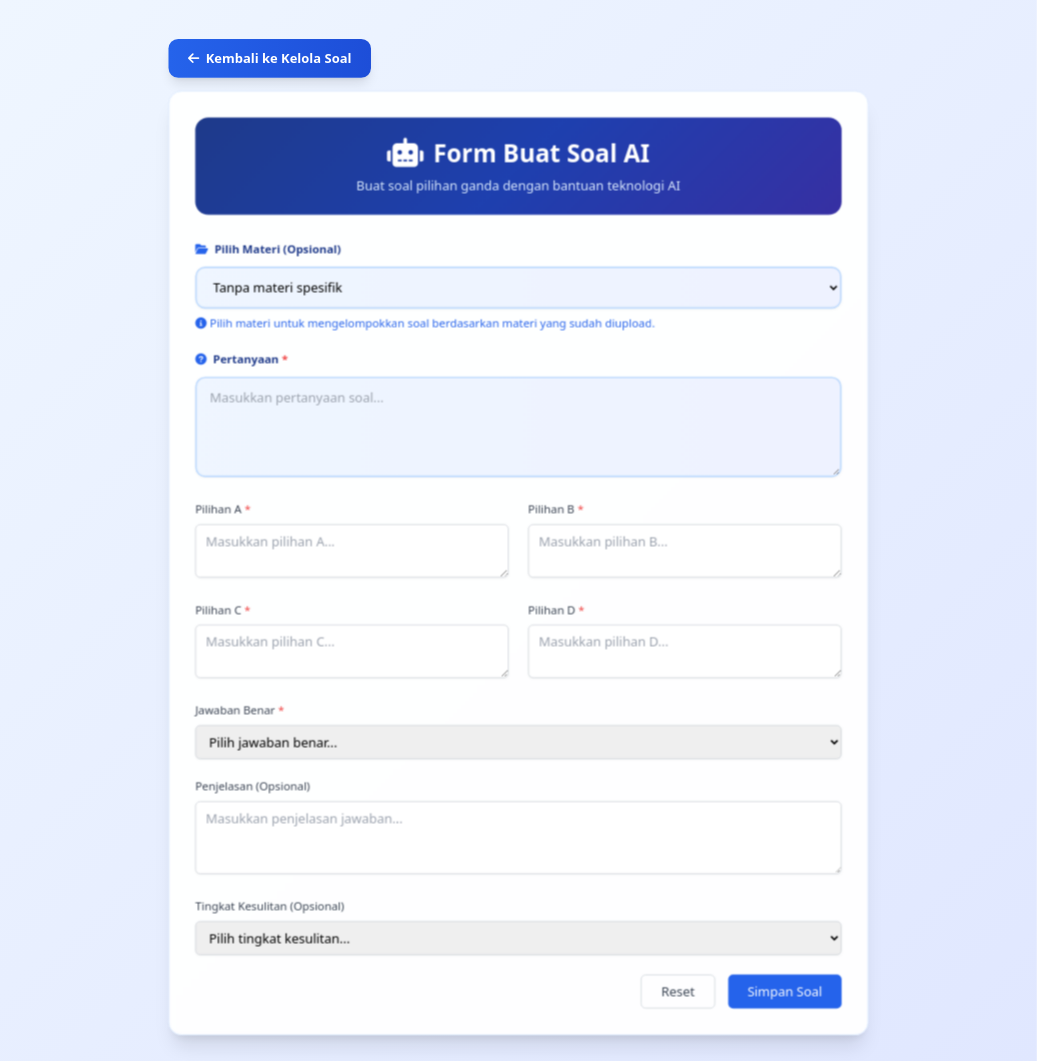
Repository: Autofat/LMS-MOOC
Page: http://localhost/questions/create
An editor plug-in stored every save of this project. The page is shown before and after the next save, followed by the edit.
The browser window is 1280 px wide. The pictures show the whole page, at 81% of full size.
Some web libraries are served in a nearby version. The page is served by the project's Laravel application, run on PHP 8.4 with Laravel 12. A made-up administrator, Test User (test@example.com), is signed in. Queries for data that is not in the repository find no rows.

Above is the page before, as saved 2025-08-01 13:15:25.
Console error: TypeError: Cannot set properties of null (setting 'textContent')

After the next save:
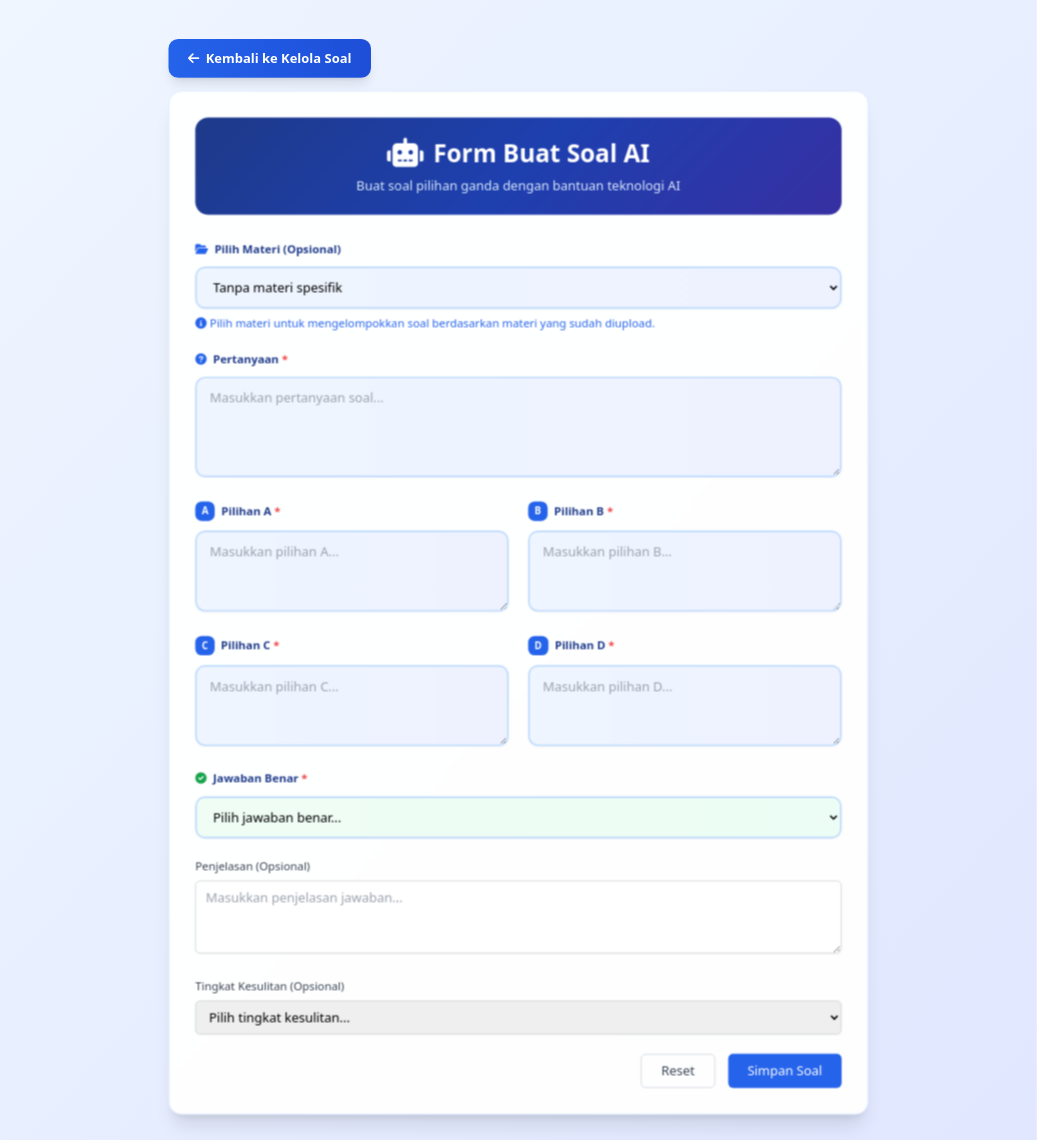
Saved 48 s later.
--- a/resources/views/form.blade.php
+++ b/resources/views/form.blade.php
@@ -107,52 +107,57 @@
                 <div class="grid md:grid-cols-2 gap-6">
                     <!-- Option A -->
                     <div>
-                        <label for="option_a" class="block text-sm font-medium text-gray-700 mb-2">
-                            Pilihan A <span class="text-red-500">*</span>
-                        </label>
-                        <textarea id="option_a" name="option_a" rows="2"
-                            class="w-full px-3 py-2 border border-gray-300 rounded-md shadow-sm focus:outline-none focus:ring-2 focus:ring-blue-500 focus:border-transparent"
+                        <label for="option_a" class="block text-sm font-semibold text-blue-900 mb-3 flex items-center space-x-2">
+                            <span class="bg-blue-600 text-white px-2 py-1 rounded-lg text-xs font-bold">A</span>
+                            <span>Pilihan A <span class="text-red-500">*</span></span>
+                        </label>
+                        <textarea id="option_a" name="option_a" rows="3"
+                            class="w-full px-4 py-3 border-2 border-blue-200 rounded-xl shadow-sm focus:outline-none focus:ring-2 focus:ring-blue-500 focus:border-blue-500 transition-all bg-gradient-to-r from-blue-50 to-indigo-50"
                             placeholder="Masukkan pilihan A..." required>{{ old('option_a', $autoFillData['option_a'] ?? '') }}</textarea>
                     </div>
 
                     <!-- Option B -->
                     <div>
-                        <label for="option_b" class="block text-sm font-medium text-gray-700 mb-2">
-                            Pilihan B <span class="text-red-500">*</span>
-                        </label>
-                        <textarea id="option_b" name="option_b" rows="2"
-                            class="w-full px-3 py-2 border border-gray-300 rounded-md shadow-sm focus:outline-none focus:ring-2 focus:ring-blue-500 focus:border-transparent"
+                        <label for="option_b" class="block text-sm font-semibold text-blue-900 mb-3 flex items-center space-x-2">
+                            <span class="bg-blue-600 text-white px-2 py-1 rounded-lg text-xs font-bold">B</span>
+                            <span>Pilihan B <span class="text-red-500">*</span></span>
+                        </label>
+                        <textarea id="option_b" name="option_b" rows="3"
+                            class="w-full px-4 py-3 border-2 border-blue-200 rounded-xl shadow-sm focus:outline-none focus:ring-2 focus:ring-blue-500 focus:border-blue-500 transition-all bg-gradient-to-r from-blue-50 to-indigo-50"
                             placeholder="Masukkan pilihan B..." required>{{ old('option_b', $autoFillData['option_b'] ?? '') }}</textarea>
                     </div>
 
                     <!-- Option C -->
                     <div>
-                        <label for="option_c" class="block text-sm font-medium text-gray-700 mb-2">
-                            Pilihan C <span class="text-red-500">*</span>
-                        </label>
-                        <textarea id="option_c" name="option_c" rows="2"
-                            class="w-full px-3 py-2 border border-gray-300 rounded-md shadow-sm focus:outline-none focus:ring-2 focus:ring-blue-500 focus:border-transparent"
+                        <label for="option_c" class="block text-sm font-semibold text-blue-900 mb-3 flex items-center space-x-2">
+                            <span class="bg-blue-600 text-white px-2 py-1 rounded-lg text-xs font-bold">C</span>
+                            <span>Pilihan C <span class="text-red-500">*</span></span>
+                        </label>
+                        <textarea id="option_c" name="option_c" rows="3"
+                            class="w-full px-4 py-3 border-2 border-blue-200 rounded-xl shadow-sm focus:outline-none focus:ring-2 focus:ring-blue-500 focus:border-blue-500 transition-all bg-gradient-to-r from-blue-50 to-indigo-50"
                             placeholder="Masukkan pilihan C..." required>{{ old('option_c', $autoFillData['option_c'] ?? '') }}</textarea>
                     </div>
 
                     <!-- Option D -->
                     <div>
-                        <label for="option_d" class="block text-sm font-medium text-gray-700 mb-2">
-                            Pilihan D <span class="text-red-500">*</span>
-                        </label>
-                        <textarea id="option_d" name="option_d" rows="2"
-                            class="w-full px-3 py-2 border border-gray-300 rounded-md shadow-sm focus:outline-none focus:ring-2 focus:ring-blue-500 focus:border-transparent"
+                        <label for="option_d" class="block text-sm font-semibold text-blue-900 mb-3 flex items-center space-x-2">
+                            <span class="bg-blue-600 text-white px-2 py-1 rounded-lg text-xs font-bold">D</span>
+                            <span>Pilihan D <span class="text-red-500">*</span></span>
+                        </label>
+                        <textarea id="option_d" name="option_d" rows="3"
+                            class="w-full px-4 py-3 border-2 border-blue-200 rounded-xl shadow-sm focus:outline-none focus:ring-2 focus:ring-blue-500 focus:border-blue-500 transition-all bg-gradient-to-r from-blue-50 to-indigo-50"
                             placeholder="Masukkan pilihan D..." required>{{ old('option_d', $autoFillData['option_d'] ?? '') }}</textarea>
                     </div>
                 </div>
 
                 <!-- Answer -->
                 <div>
-                    <label for="answer" class="block text-sm font-medium text-gray-700 mb-2">
-                        Jawaban Benar <span class="text-red-500">*</span>
+                    <label for="answer" class="block text-sm font-semibold text-blue-900 mb-3 flex items-center space-x-2">
+                        <i class="fas fa-check-circle text-green-600"></i>
+                        <span>Jawaban Benar <span class="text-red-500">*</span></span>
                     </label>
                     <select id="answer" name="answer"
-                        class="w-full px-3 py-2 border border-gray-300 rounded-md shadow-sm focus:outline-none focus:ring-2 focus:ring-blue-500 focus:border-transparent"
+                        class="w-full px-4 py-3 border-2 border-blue-200 rounded-xl shadow-sm focus:outline-none focus:ring-2 focus:ring-blue-500 focus:border-blue-500 transition-all bg-gradient-to-r from-green-50 to-emerald-50"
                         required>
                         <option value="">Pilih jawaban benar...</option>
                         <option value="A"
